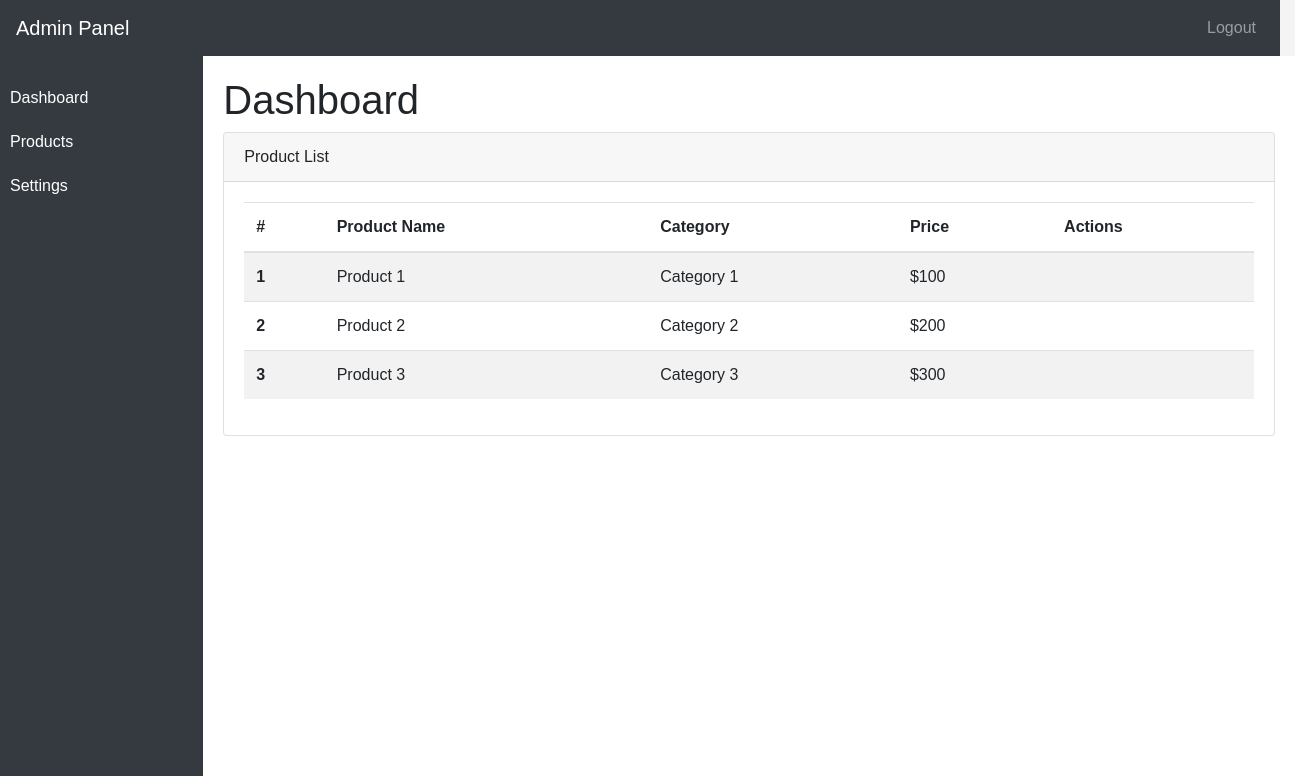
Repository: rajendratamang/laravel-10-youtube
Page: / (app in vue js/todo/)
The author's editor kept a copy of each file at every save. The page is drawn from the files as they stood at one save, then again after the next save.
The browser window is 1280 px wide. The page is 1295 px wide, so the pictures cover 1295 px, including what lies to the right of the window. The pictures show the whole page.
The project was rebuilt for these pictures with package versions that can differ from the ones it lists, and the page was loaded fresh each time. Also part of the build but not shown: vue js/todo/vite.config.js.

Above is the page before, as saved 2024-07-19 11:10:33.

After the next save:
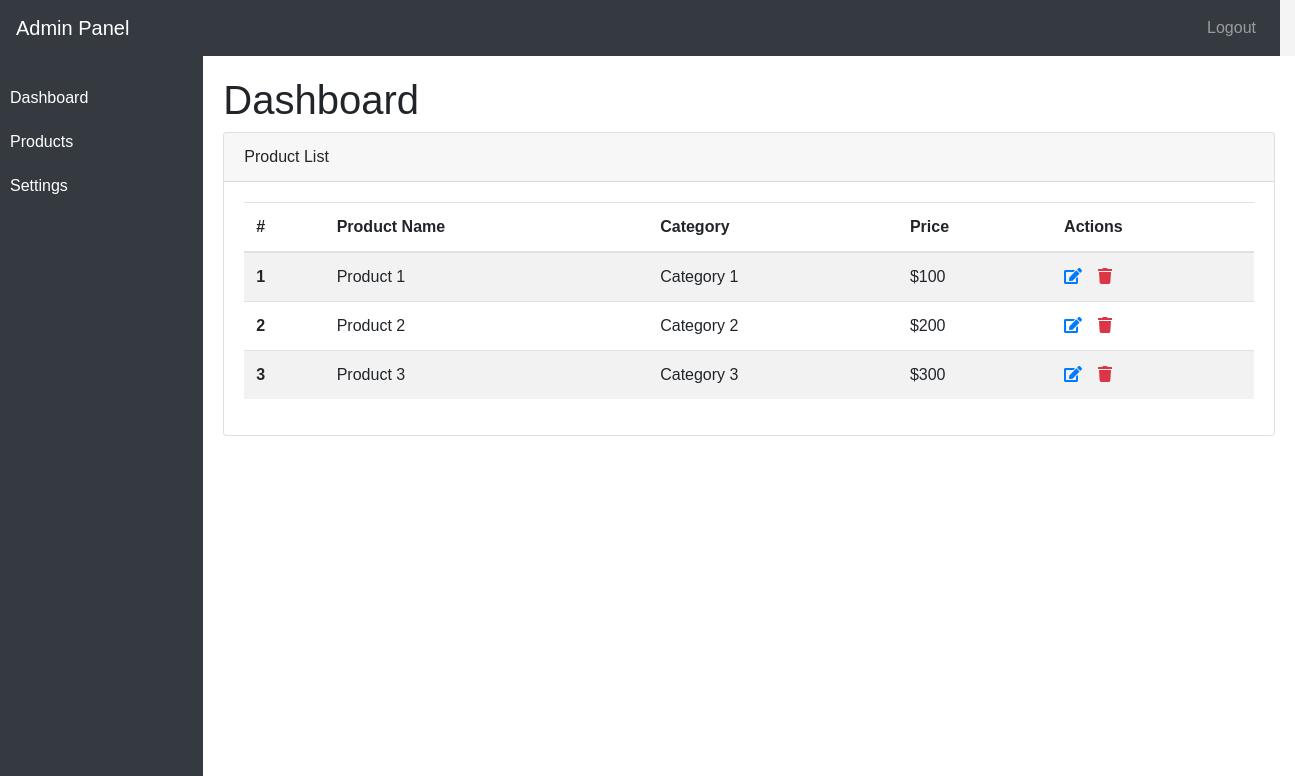
Saved 25 s later.
--- a/vue js/todo/index.html
+++ b/vue js/todo/index.html
@@ -12,5 +12,9 @@
   <body>
     <div id="app"></div>
     <script type="module" src="/src/main.js"></script>
+    <script src="https://code.jquery.com/jquery-3.5.1.slim.min.js"></script>
+    <script src="https://cdn.jsdelivr.net/npm/@popperjs/core@2.9.2/dist/umd/popper.min.js"></script>
+    <script src="https://stackpath.bootstrapcdn.com/bootstrap/4.5.2/js/bootstrap.min.js"></script>
+    <script src="https://use.fontawesome.com/releases/v5.15.1/js/all.js"></script>
   </body>
 </html>
